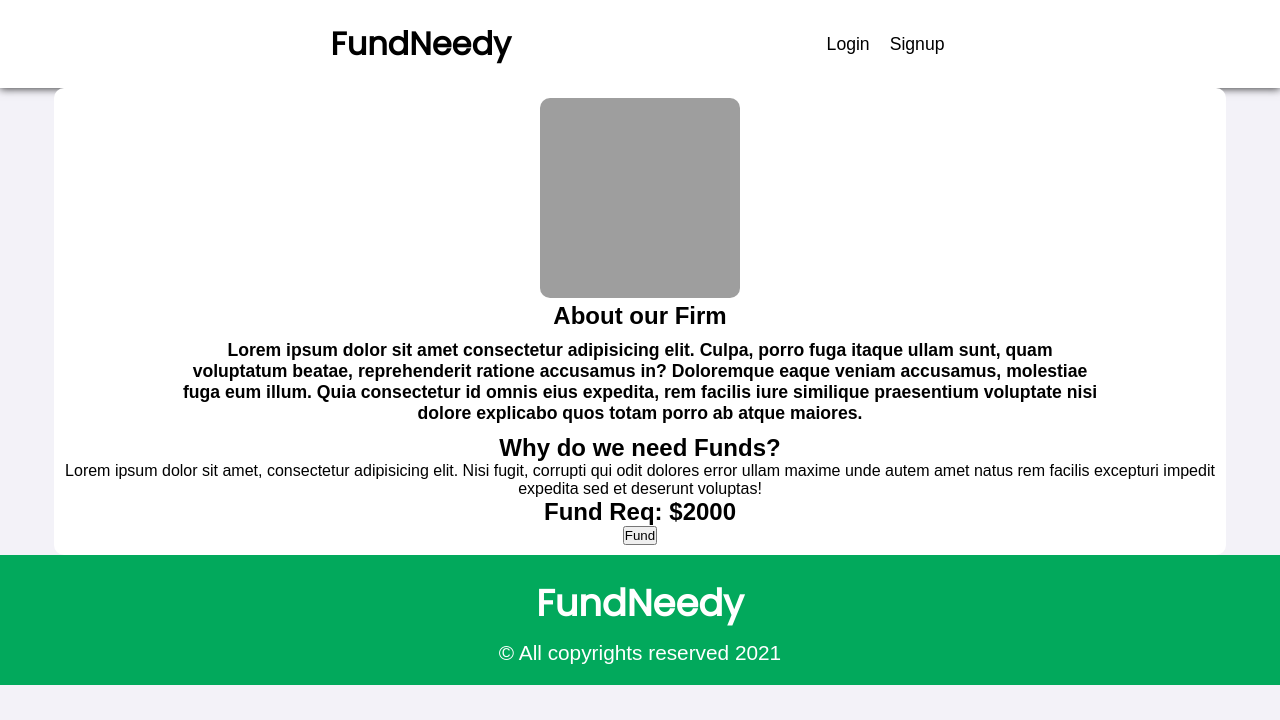
Repository: osdc/codejam
Page: /firmname (app in sassy-sandwiches/fund-needy/)
The author's editor kept a copy of each file at every save. The page is drawn from the files as they stood at one save, then again after a run of saves.
The browser window is 1280 px wide. The pictures show the whole page.
Pictures or frames that could not be fetched are drawn as grey boxes. The project was rebuilt for these pictures with package versions that can differ from the ones it lists, and the page was loaded fresh each time. Also part of the build but not shown: sassy-sandwiches/fund-needy/src/Showcase.css, sassy-sandwiches/fund-needy/src/Showcase.js, sassy-sandwiches/fund-needy/src/Needies.css, sassy-sandwiches/fund-needy/src/Needy.css, sassy-sandwiches/fund-needy/src/Needy.js, sassy-sandwiches/fund-needy/src/Needies.js.

Above is the page before, as saved 2021-01-09 22:19:41.

### sassy-sandwiches/fund-needy/public/index.html
<!DOCTYPE html>
<html lang="en">
  <head>
    <meta charset="utf-8" />
    <link rel="icon" href="%PUBLIC_URL%/favicon.ico" />
    <meta name="viewport" content="width=device-width, initial-scale=1" />
    <meta name="theme-color" content="#000000" />
    <meta
      name="description"
      content="Web site created using create-react-app"
    />
    <link rel="apple-touch-icon" href="%PUBLIC_URL%/logo192.png" />
    <link rel="manifest" href="%PUBLIC_URL%/manifest.json" />
    <title>FundNeedy</title>
  </head>
  <body>
    <noscript>You need to enable JavaScript to run this app.</noscript>
    <div id="root"></div>
  </body>
</html>

### sassy-sandwiches/fund-needy/src/App.js
import React from "react";
import "./App.css";
import Navbar from "./Navbar";
import Showcase from "./Showcase";
import Needies from "./Needies";
import Footer from "./Footer";
import { BrowserRouter as Router, Route, Switch } from "react-router-dom";
import FirmFund from "./FirmFund";

function App() {
  return (
    <div className="App">
      <Router>
        <Navbar />
        <Switch>
          <Route exact path="/" component={Showcase} />
          <Route path="/needies" component={Needies} />
          <Route path="/firmname" component={FirmFund} />
        </Switch>
        <Footer />
      </Router>
    </div>
  );
}

export default App;

### sassy-sandwiches/fund-needy/src/App.css
* {
  margin: 0;
  padding: 0;
  font-family: Arial, Helvetica, sans-serif;
}

body {
  background-color: #f3f2f8;
}

### sassy-sandwiches/fund-needy/src/Navbar.js
import React from "react";
import "./Navbar.css";

function Navbar() {
  return (
    <div className="navbar">
      <div className="navbar_logo">
        <h1>FundNeedy</h1>
      </div>
      <div className="navbar_login_signup">
        <button>Login</button>
        <button>Signup</button>
      </div>
    </div>
  );
}

export default Navbar;

### sassy-sandwiches/fund-needy/src/Footer.js
import React from "react";
import "./Footer.css";

function Footer() {
  return (
    <div className="footer">
      <h1>FundNeedy</h1>
      <p>© All copyrights reserved 2021</p>
    </div>
  );
}

export default Footer;

### sassy-sandwiches/fund-needy/src/FirmFund.js
import React from "react";
import "./FirmFund.css";

function FirmFund() {
  return (
    <div className="firmFund">
      <div className="firmFund_image">
        <img
          src="https://i.pinimg.com/originals/ba/fc/15/bafc1525cef9606c5c064694ca8e60fb.jpg"
          alt=""
        />
      </div>
      <div className="firmFund_about">
        <h2>About our Firm</h2>
        <p>
          Lorem ipsum dolor sit amet consectetur adipisicing elit. Culpa, porro
          fuga itaque ullam sunt, quam voluptatum beatae, reprehenderit ratione
          accusamus in? Doloremque eaque veniam accusamus, molestiae fuga eum
          illum. Quia consectetur id omnis eius expedita, rem facilis iure
          similique praesentium voluptate nisi dolore explicabo quos totam porro
          ab atque maiores.
        </p>
      </div>
      <div className="firmFund_need">
        <h2>Why do we need Funds?</h2>
        <p>
          Lorem ipsum dolor sit amet, consectetur adipisicing elit. Nisi fugit,
          corrupti qui odit dolores error ullam maxime unde autem amet natus rem
          facilis excepturi impedit expedita sed et deserunt voluptas!
        </p>
      </div>
      <div className="firmFund_fund">
        <h2>Fund Req: $2000</h2>
        <button>Fund</button>
      </div>
    </div>
  );
}

export default FirmFund;

### sassy-sandwiches/fund-needy/src/Navbar.css
@import url("https://fonts.googleapis.com/css2?family=Poppins&display=swap");

.navbar {
  display: flex;
  align-items: center;
  justify-content: space-evenly;
  padding: 20px;
  -webkit-box-shadow: 0px 1px 8px 0px rgba(0, 0, 0, 0.75);
  -moz-box-shadow: 0px 1px 8px 0px rgba(0, 0, 0, 0.75);
  box-shadow: 0px 1px 8px 0px rgba(0, 0, 0, 0.75);
  background-color: #fff;
  /* position: sticky; */
  top: 0;
  z-index: 10000;
}

.navbar_logo > h1 {
  font-family: "Poppins", sans-serif;
}

.navbar_login_signup {
  display: flex;
  align-items: center;
  justify-content: space-between;
}

.navbar_login_signup > button:nth-of-type(1) {
  margin-right: 10px;
}

.navbar_login_signup > button {
  padding: 5px;
  font-size: 1.1rem;
  outline: none;
  border: none;
  background-color: #fff;
  cursor: pointer;
  width: 100%;
}

### sassy-sandwiches/fund-needy/src/Footer.css
.footer {
  text-align: center;
  background-color: #02a95c;
  color: #fff;
  padding: 20px;
}

.footer > h1 {
  font-size: 2.3rem;
  font-family: "Poppins";
}

.footer > p {
  font-size: 1.3rem;
  font-weight: 400;
  margin-top: 10px;
}

### sassy-sandwiches/fund-needy/src/FirmFund.css
.firmFund {
  text-align: center;
  background-color: #fff;
  padding: 10px;
  width: 90%;
  margin: auto;
  border-radius: 10px;
}

.firmFund_image > img {
  height: 200px;
  width: 200px;
  border-radius: 10px;
}

.firmFund_about > h1 {
  font-size: 2.5rem;
}

.firmFund_about > p {
  width: 80%;
  margin: auto;
  font-size: 1.1rem;
  font-weight: 600;
  margin-top: 10px;
  margin-bottom: 10px;
}

.firmFund_about {
}

Loaded but not shown: sassy-sandwiches/fund-needy/src/index.js (common file); sassy-sandwiches/fund-needy/src/index.css (common file)

After the next 4 saves:
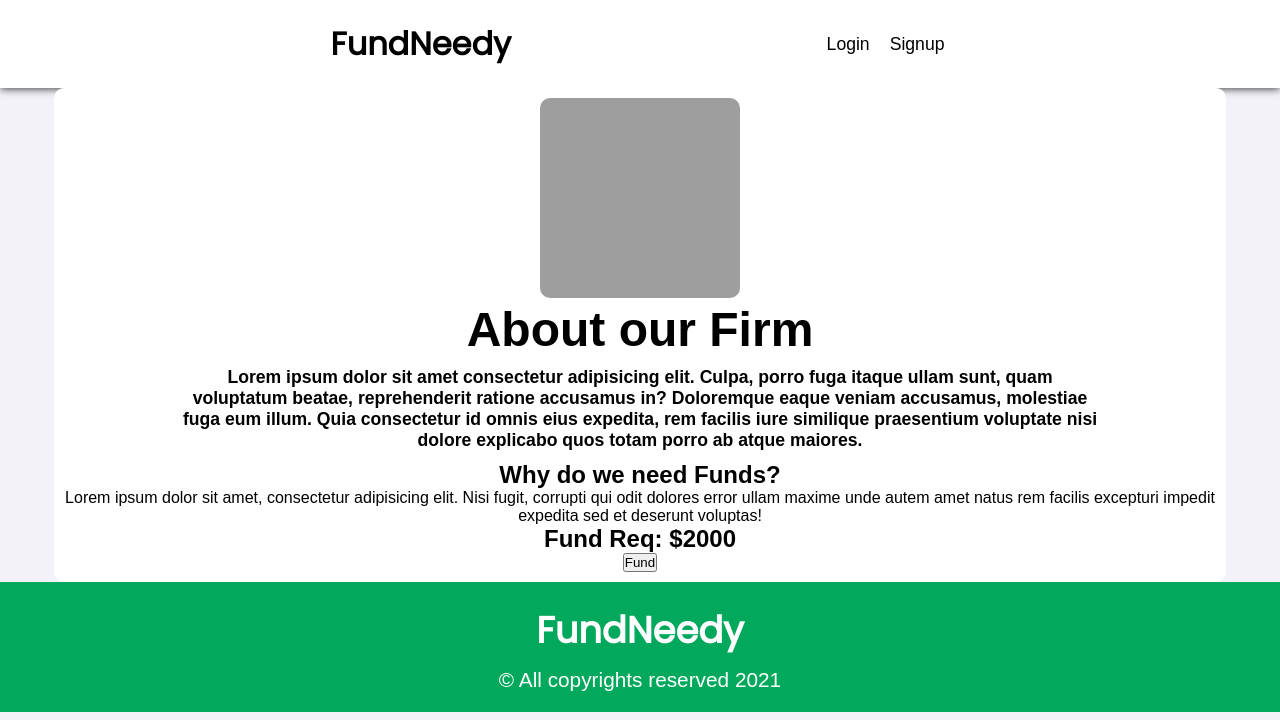
The 4 saves are shown as one change because they came seconds apart.
The last was saved 16 s later.
--- a/sassy-sandwiches/fund-needy/src/FirmFund.css
+++ b/sassy-sandwiches/fund-needy/src/FirmFund.css
@@ -13,8 +13,8 @@
   border-radius: 10px;
 }
 
-.firmFund_about > h1 {
-  font-size: 2.5rem;
+.firmFund_about > h2 {
+  font-size: 3rem;
 }
 
 .firmFund_about > p {
